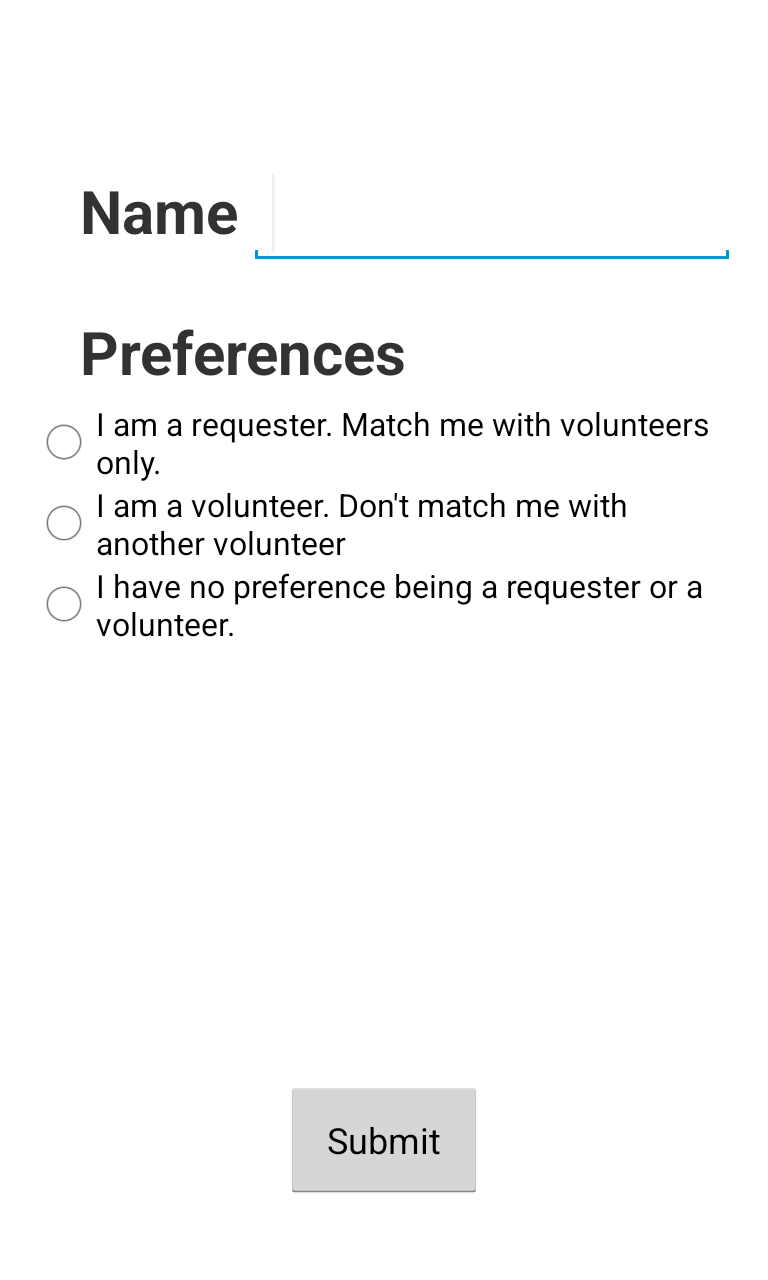
Repository: rwillmot/CS180-SafeWalk-Phase2
Layout: SafeWalkAndroidClient/res/layout/client_fragment_layout.xml
The author's editor kept a copy of each file at every save. The layout is drawn from the files as they stood at one save, then again after the next save.
It is drawn on a 768 x 1280 px phone screen (xhdpi) without system bars, with theme AppTheme; the app's code is not run.

Above is the layout before, as saved 2014-12-02 22:08:04.

After the next save:
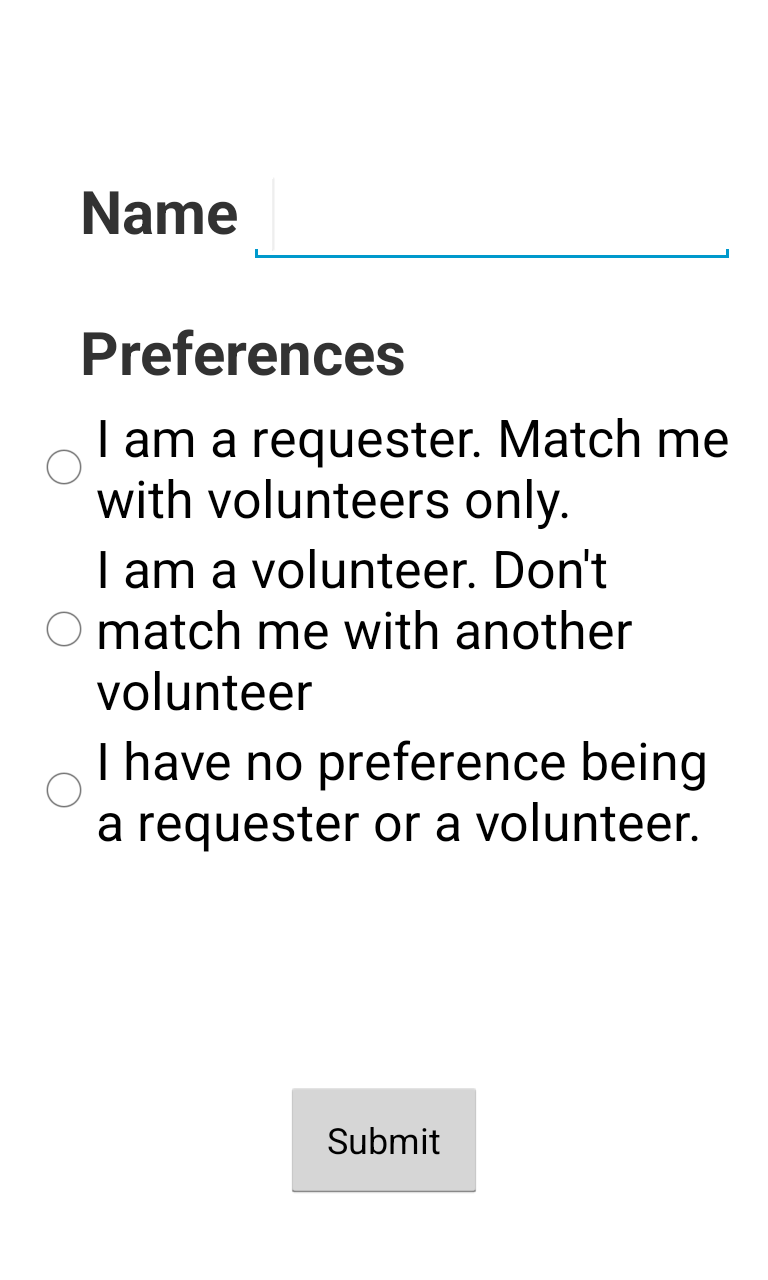
Saved 100 s later.
--- a/SafeWalkAndroidClient/res/layout/client_fragment_layout.xml
+++ b/SafeWalkAndroidClient/res/layout/client_fragment_layout.xml
@@ -35,7 +35,7 @@
         android:ems="10"
         android:inputType="text"
         android:text=""
-        android:textSize="28sp" >
+        android:textSize="26sp" >
 
         <requestFocus />
     </EditText>
@@ -71,7 +71,8 @@
         android:layout_above="@+id/radio_volunteer"
         android:layout_alignLeft="@+id/radio_volunteer"
         android:onClick="onRadioButtonClicked"
-        android:text="I am a requester. Match me with volunteers only." />
+        android:text="I am a requester. Match me with volunteers only."
+        android:textSize="26sp" />
     <RadioButton
         android:id="@+id/radio_volunteer"
         android:layout_width="wrap_content"
@@ -80,7 +81,8 @@
         android:layout_centerVertical="true"
         android:layout_below="@+id/radio_requester"
         android:onClick="onRadioButtonClicked"
-        android:text="I am a volunteer. Don&apos;t match me with another volunteer" />
+        android:text="I am a volunteer. Don&apos;t match me with another volunteer"
+        android:textSize="26sp" />
     <RadioButton
         android:id="@+id/radio_neutral"
         android:layout_width="wrap_content"
@@ -88,7 +90,8 @@
         android:layout_below="@+id/radio_volunteer"
         android:layout_alignLeft="@+id/radio_requester"
         android:onClick="onRadioButtonClicked"
-        android:text="I have no preference being a requester or a volunteer." />
+        android:text="I have no preference being a requester or a volunteer."
+        android:textSize="26sp"/>
 </RadioGroup>
 
       <TextView
